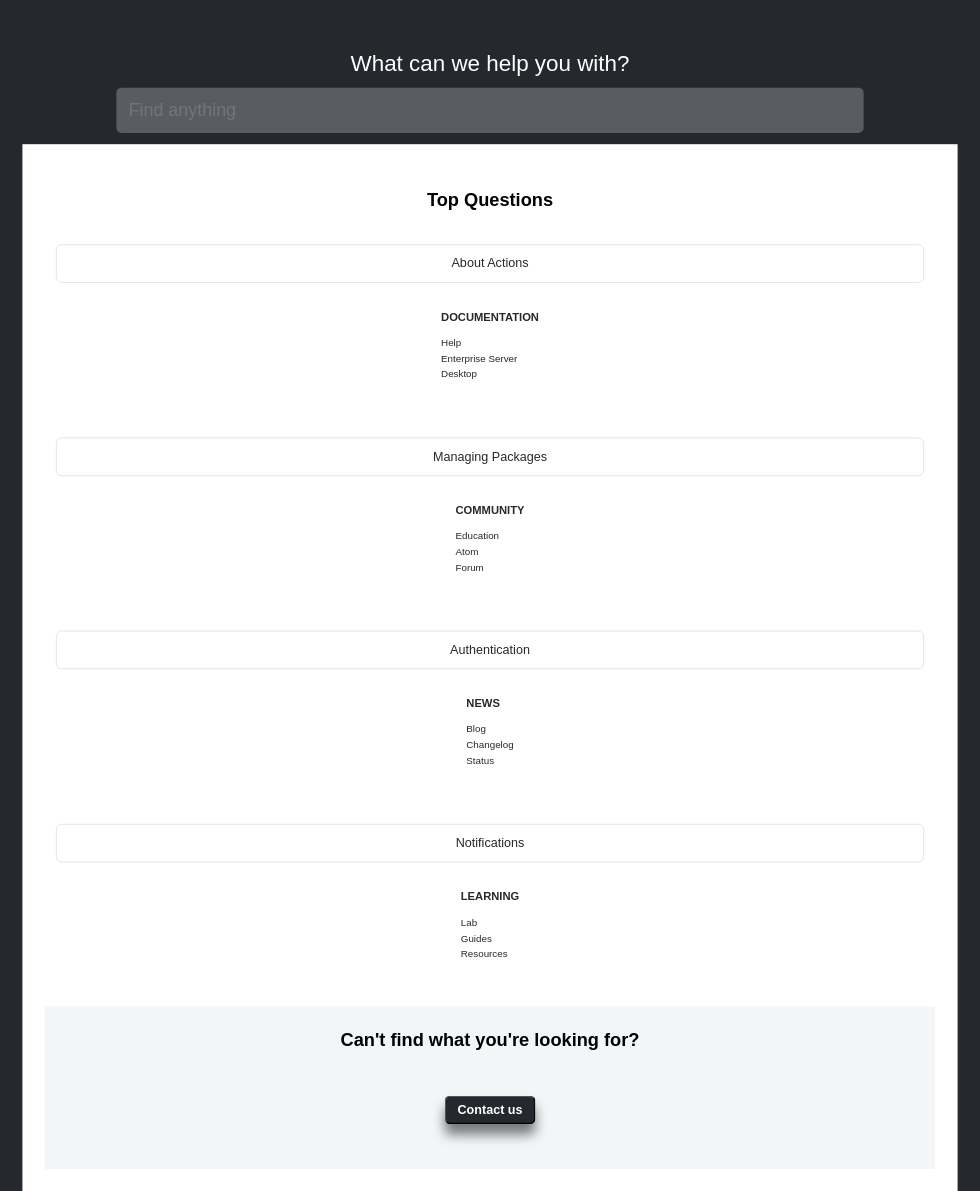
Repository: Hcmwebs/Help-Center-UI-
Page: index.html
The author's editor kept a copy of each file at every save. The page is drawn from the files as they stood at one save, then again after the next save.
The browser window is 1280 px wide. The page is 1400 px wide, so the pictures cover 1400 px, including what lies to the right of the window. The pictures show the whole page, at 70% of full size.
The style sheet was rebuilt from its Sass, Less or Tailwind sources for each picture, by a compiler version that may differ from the author's.

Above is the page before, as saved 2020-08-26 01:26:53.

### index.html
<!DOCTYPE html>
<html lang="en">
<head>
    <meta charset="UTF-8">
    <meta name="viewport" content="width=device-width, initial-scale=1.0">
    <link rel="stylesheet" href="css/styles.min.css">
    <title>Help Center</title>
</head>
<body>
    <div class="container">
        <header>
            <h1>What can we help  you with?</h1>
            <input type="search"
            id="search"
            placeholder="Find anything">
        </header>


        <!-- *******card****** -->
        <div class="card">
            <!--****card-header**** -->
            <h2> Top Questions</h2>

            <!--****card-body**** -->

            <div class="card-item">
                <div class="card-item-head">
                    <h3>About Actions</h3>
                </div>
                <div class="card-item-body">
                    <h4>documentation</h4>
                    <ul>
                        <li>Help</li>
                        <li>Enterprise Server</li>
                        <li>Desktop</li>
                    </ul>
                </div>
            </div>

            <div class="card-item">
                <div class="card-item-head">
                    <h3>Managing Packages</h3>
                </div>
                <div class="card-item-body">
                    <h4>Community</h4>
                    <ul>
                        <li>Education</li>
                        <li>Atom</li>
                        <li>Forum</li>
                    </ul>
                </div>
            </div>

            <div class="card-item">
                <div class="card-item-head">
                    <h3>Authentication</h3>
                </div>
                <div class="card-item-body">
                    <h4>news</h4>
                    <ul>
                        <li>Blog</li>
                        <li>Changelog</li>
                        <li>Status</li>
                    </ul>
                </div>
            </div>

            <div class="card-item">
                <div class="card-item-head">
                    <h3>Notifications</h3>
                </div>
                <div class="card-item-body">
                    <h4>Learning</h4>
                    <ul>
                        <li>Lab</li>
                        <li>Guides</li>
                        <li>Resources</li>
                    </ul>
                </div>
            </div>


            <!--****card--footer**** -->
            <div class="card-footer">
                <h2>Can't find what you're looking for? </h2>
                <button class="btn-primary">Contact us</button>
            </div>

        </div>
    </div>
</body>
</html>

### scss/styles.scss

@import'config';
@import'utilities';

*{
    margin: 0;
    padding: 0;
    box-sizing: border-box;
}

body{
    font-family: $font-stack;
    font-size: 10px;
    background-color:$bg-color;
    display: grid;
    place-items: center;
    height: 100vh;
    width: 100%;
}
h1{
    font-size: 32px;
    font-weight: 500;
    margin-bottom: 1rem;
    color: $primary-color;
}

h2{
    text-align: center;
    font-size: 26px;
    margin: 1rem 0;
    padding: 1rem;
}
header{
    text-align: center;
    margin-bottom: 1rem;

    input{
        font-size: 1.6rem;
        width: 100%;
        padding: 1rem;
        color:$primary-color;
        background-color:rgba(255,255,255,0.24);
        border: 2px solid transparent;
        border-radius: 0.5rem;
        transition: all 0.75s ease-in;

        input:placeholder{
            width: 80%;
            margin: 0 auto;
            text-align: center;
        }

    }
    input:hover{
        border-color: $border-color;
    }

}
.card{
    width: 100%;
    background-color: #fff;
    padding: 2rem;

    &-item{
        width: 100%;
        margin-bottom: 2rem;
        text-align: center;
        display: grid;
        grid-template-columns: 1fr;
        gap: 0.5rem;
        padding: 1rem;


        &-head{
            padding: 1rem;
            border: 1px solid $border-color;
            border-radius: 0.5rem;


            h3{
                font-size: 18px;
                font-weight: normal;
                text-align: center;
                color: $bg-color;
            }
        }

        &-body{
            margin: 0 auto;
            padding: 1rem;

            h4{

                font-size: 16px;
                font-weight: bold;
                text-align: justify;
                text-transform: uppercase;
                color: $bg-color;
                padding: 1rem 0;
            }

            ul{
                list-style: none;
                margin: 0;
                padding: 0;


                li{
                    font-size: 14px;
                    font-weight: normal;
                    color: $bg-color;
                    padding:0.2rem 0;
                    text-align: justify;
                    text-transform: capitalize;

                }
            }


        }
    }

    &-footer{
        width: 100%;
        background-color:$footer-bg-color;
        display: flex;
        flex-direction: column;
        justify-content: center;
        align-items: center;
        padding-bottom: 2rem;

        button{
            font-size: 18px;
            font-weight: bold;
            margin: 2rem;
            padding: 0.5rem 1rem;
            border-radius: 0.5rem;
            color:$primary-color;
            background-color:$bg-color;
            box-shadow:0 15px 17px $btn-shadow-color ;
        }
    }
}

@import'medias';

@media(min-width:700px){
    .container{
        width: 1400px;
        height: 80vh;
        display: grid;
        place-items: center;

        header{
            width:80%;
        }

    }

}

### scss/config.scss
$font-stack:'IBM Plex Sans', sans-serif;
$bg-color:rgba(37,41,46,1.0);
$primary-color:rgba(255,255,255,1);
$border-color:rgba(218,218,218,1);
$footer-bg-color:rgba(243,245,247,1);
$btn-shadow-color: rgba(0,0,0,0.5);

### scss/_utilities.scss

.container{
    width: 100%;
    padding: 0 2rem ;
    background-color:$bg-color;

}

Loaded but not shown: scss/_medias.scss (no stored copy; drawn as an empty file)

After the next save:
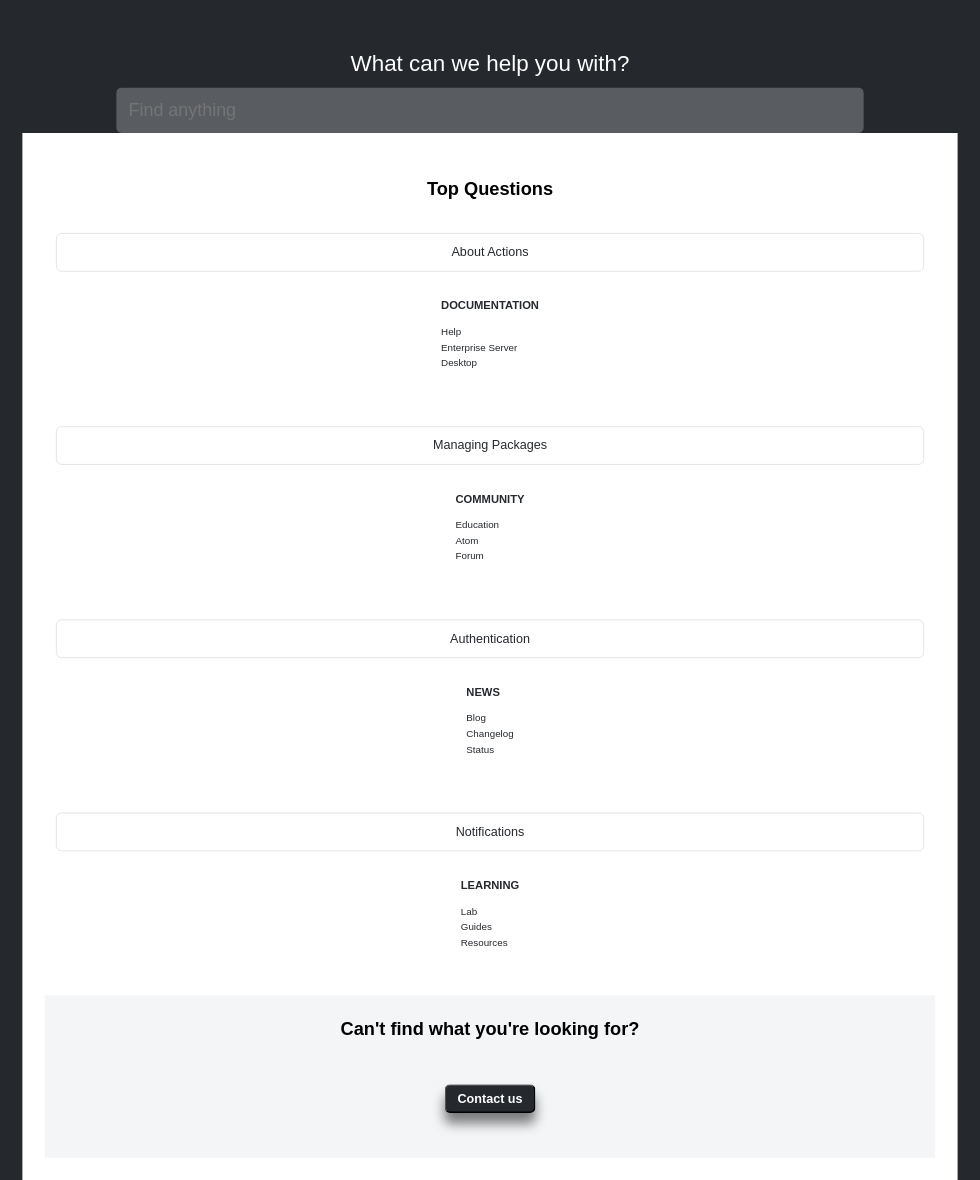
Saved 3 min 29 s later.
--- a/scss/styles.scss
+++ b/scss/styles.scss
@@ -149,10 +149,16 @@ header{
         width: 1400px;
         height: 80vh;
         display: grid;
-        place-items: center;
+        grid-template-columns: 1fr;
+        justify-content: space-between;
 
         header{
             width:80%;
+            margin: 0 auto;
+        }
+
+        .card{
+
         }
 
     }
